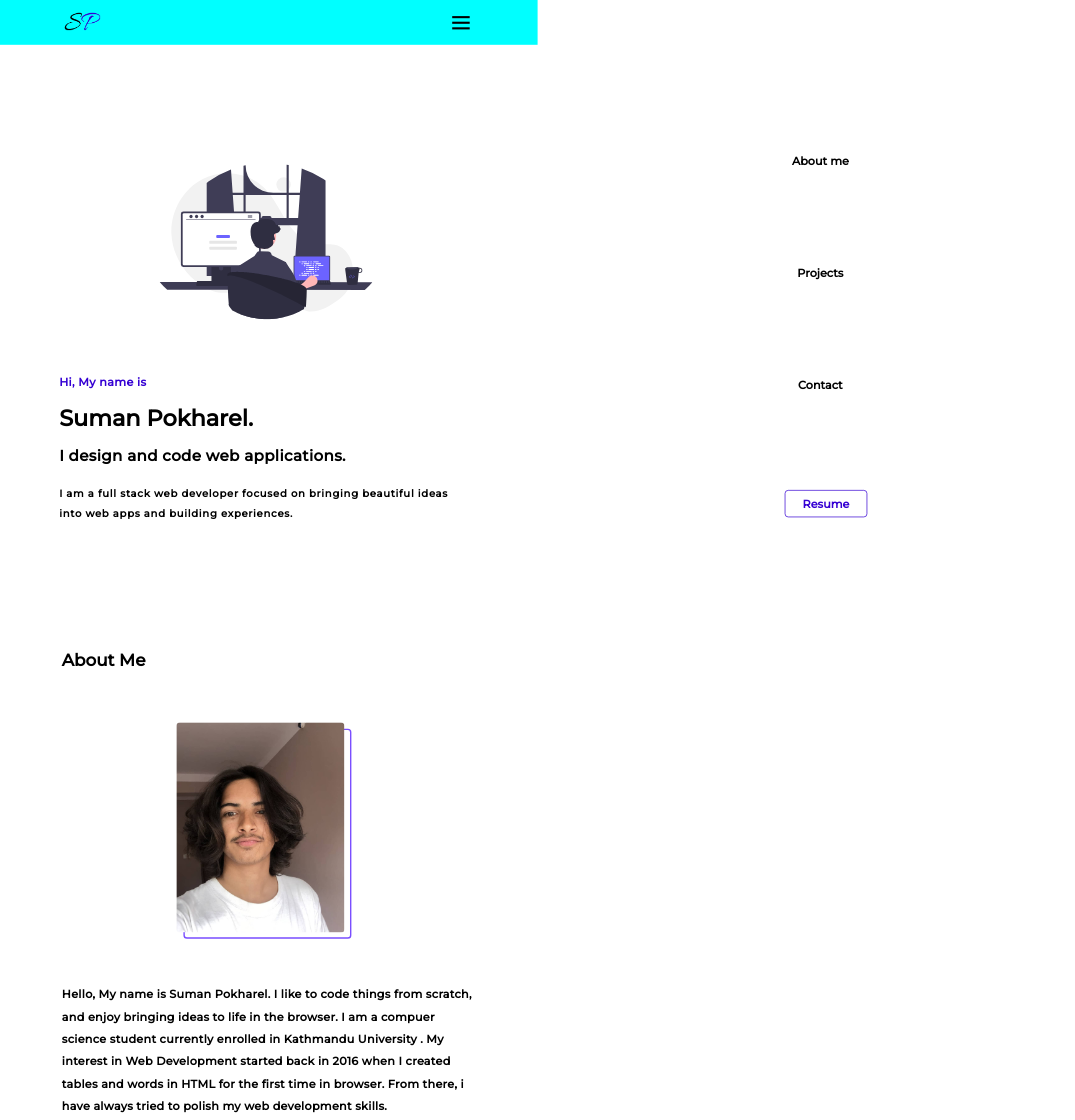
Repository: iamsumanp/portfolio
Page: /
These files come from the project's save history. The page is drawn as it stood at one moment and after the next save; the edit follows.
The browser window is 768 px wide. The page is 1536 px wide, so the pictures cover 1536 px, including what lies to the right of the window. The pictures show the part of the page from y = 0 to 1600 px (the page is 5937 px tall before and 5921 px after), at 70% of full size.
The project was rebuilt for these pictures with package versions that can differ from the ones it lists, and the page was loaded fresh each time.

Above is the page before, as saved 2022-07-11 16:00:59.

### public/index.html
<!DOCTYPE html>
<html lang="en">
  <head>
    <meta charset="utf-8" />
    <link rel="icon" href="%PUBLIC_URL%/favicon.ico" />
    <meta name="viewport" content="width=device-width, minimum-scale=1" />
    <meta name="theme-color" content="#000000" />
    <meta name="portfolio" content="mePortfolio" />
    <!-- <link rel="apple-touch-ion" href="%PUBLIC_URL%/logo192.png" /> -->

    <link rel="manifest" href="%PUBLIC_URL%/manifest.json" />
    <link rel="preconnect" href="https://fonts.googleapis.com" />
    <link rel="preconnect" href="https://fonts.gstatic.com" crossorigin />
    <link
      href="https://fonts.googleapis.com/css2?family=Montserrat:wght@500&display=swap"
      rel="stylesheet"
    />
    <title>Suman Pokharel</title>
  </head>
  <body>
    <div id="root"></div>
  </body>
</html>

### src/App.tsx
import "./App.css";
import { BrowserRouter as Router } from "react-router-dom";
import { NavBar } from "./Components/NavBar";
import "./styles/styles.css";
import { Hero } from "./Components/Hero";
import { AboutMe } from "./Components/AboutMe";
import { Projects } from "./Components/Projects";
import { Contact } from "./Components/Contact";
import { Footer } from "./Components/Footer";

function App() {
  return (
    <Router>
      <NavBar />
      <Hero />
      <AboutMe />
      <Projects />
      <Contact />
      <hr />
      <Footer />
    </Router>
  );
}

export default App;

### src/Components/NavBar.tsx
import { gsap } from "gsap";
import React, { useEffect, useRef, useState } from "react";
import { HashLink } from "react-router-hash-link";
const myLogo = require("../assets/logo.png");

export const NavBar = () => {
  const [active, setActive] = useState(false);

  const navRef = useRef<HTMLDivElement>(null);

  const q = gsap.utils.selector(navRef);

  const tl0: gsap.TimelineVars | undefined = useRef(null); // gsap.TimelineVars | undefined
  // const tl10: gsap.TimelineVars | undefined = useRef(null); // gsap.TimelineVars | undefined

  // const imgRef = useRef(null);

  const burgerClick = () => {
    setActive(!active);
  };

  useEffect(() => {
    // if (active === false) {
    //   tl10.current = gsap.timeline({ defaults: { duration: 1 } }).fromTo(
    //     q(".navUl"),
    //     {
    //       y: 5,
    //       opacity: 0,
    //     },
    //     {
    //       y: 0,
    //       opacity: 1,
    //       stagger: {
    //         each: 1,
    //       },
    //     }
    //   );
    // }

    tl0.current = gsap.timeline({ defaults: { duration: 1 } }).fromTo(
      q(".logoImg"),
      {
        opacity: 0,
      },
      {
        opacity: 1,
      }
    );
  });

  return (
    <nav className="navBar" ref={navRef}>
      <HashLink to="#heroSection" className="linkHash" smooth>
        <img
          src={myLogo}
          alt="SP"
          className="logoImg"
          onClick={active ? burgerClick : undefined}
          // ref={imgRef}
        />
      </HashLink>

      <ul className={active ? "navUl nav-active" : "navUl"}>
        <li className="navLinks" onClick={active ? burgerClick : undefined}>
          <HashLink to="#aboutMe" className="linkHash" smooth>
            About me
          </HashLink>
        </li>
        <li className="navLinks" onClick={active ? burgerClick : undefined}>
          <HashLink to="#projectSection" className="linkHash" smooth>
            Projects
          </HashLink>
        </li>
        <li className="navLinks" onClick={active ? burgerClick : undefined}>
          <HashLink to="#contact" className="linkHash" smooth>
            Contact
          </HashLink>
        </li>
        <li className="navLinks resume">Resume</li>
      </ul>
      <div className="burgerMenu" onClick={() => burgerClick()}>
        <div className={active ? "line1 toggle" : "line1"}></div>
        <div className={active ? "line2 toggle2" : "line2"}></div>
        <div className={active ? "line3 toggle3" : "line3"}></div>
      </div>
    </nav>
  );
};

### src/styles/styles.css
:root {
  --main-purple: #3500d3;
  --main-white: rgb(255, 255, 255);
  --main-black: #000000;
  --main-purple-secondary: #7a4eff;
}

* {
  box-sizing: border-box;
  font-family: "Montserrat", sans-serif;
}

body {
  margin: 0;
  padding: 0;
}
@media (max-width: 900px) {
  body {
    overflow-x: hidden;
  }
}

.navBar {
  display: flex;
  flex-direction: row;
  justify-content: space-between;
  align-items: center;
  min-height: 4rem;
  font-weight: bolder;
  padding: 0.2% 12.5%;
  background-color: aqua;
}
@media (max-width: 1100px) {
  .navBar {
    margin-bottom: 5rem;
    overflow-x: hidden;
    padding: 0.2% 12%;
  }
}
.navBar .logoImg {
  height: 25px;
}
.navBar .navUl {
  list-style: none;
  display: flex;
  flex-direction: row;
}
@media (max-width: 900px) {
  .navBar .navUl {
    position: absolute;
    right: 0;
    top: 8vh;
    height: 100vh;
    background-color: var(--main-white);
    flex-direction: column;
    width: 100%;
    z-index: 1;
    justify-content: space-evenly;
    transform: translateX(100%);
    transition: transform 0.4s ease-in;
  }
}
.navBar .nav-active {
  transform: translateX(0%);
}
.navBar .burgerMenu {
  display: none;
}
@media (max-width: 900px) {
  .navBar .burgerMenu {
    display: block;
    cursor: pointer;
  }
}
.navBar .burgerMenu .toggle {
  transform: rotate(-45deg) translate(-5px, 6px);
}
.navBar .burgerMenu .toggle2 {
  opacity: 0;
}
.navBar .burgerMenu .toggle3 {
  transform: rotate(45deg) translate(-5px, -6px);
}
.navBar .burgerMenu div {
  width: 25px;
  height: 3px;
  background-color: var(--main-black);
  transition: transform 0.4s ease;
  margin: 5px;
}
.navBar .navLinks {
  padding: 0 30px;
  cursor: pointer;
  align-self: center;
  text-decoration: none;
}
.navBar .navLinks.resume {
  border: solid 1px var(--main-purple);
  color: var(--main-purple);
  padding: 9px 25px;
  border-radius: 5px;
  margin-left: 1rem;
}
.navBar .navLinks .linkHash {
  text-decoration: none;
  color: black;
}

.heroSection,
.aboutMeSection,
.projectsSection,
.ContactSection {
  width: 80%;
  margin: auto;
}

.heroSection {
  overflow-x: hidden;
  height: 90vh;
  display: flex;
  flex-direction: row;
  align-items: center;
  padding: 0 2% 0 5%;
}
@media (max-width: 1100px) {
  .heroSection {
    flex-direction: column-reverse;
    justify-content: center;
    align-items: center;
    padding: 0 2% 0 1%;
  }
}
.heroSection .content {
  display: flex;
  flex-direction: column;
}
@media (max-width: 1100px) {
  .heroSection .content {
    margin-top: 5rem;
  }
}
.heroSection .content .h4text {
  color: var(--main-purple);
}
.heroSection .content .h1text {
  margin-top: 0;
  font-size: 2.5rem;
}
@media (max-width: 800px) {
  .heroSection .content .h1text {
    font-size: 2rem;
  }
}
.heroSection .content .h4text,
.heroSection .content .h2text {
  letter-spacing: 0.5px;
  margin-top: 0;
}
.heroSection .content .h2text {
  font-size: 1.8rem;
}
@media (max-width: 800px) {
  .heroSection .content .h2text {
    font-size: 1.35rem;
  }
}
.heroSection .content .h5text {
  width: 55%;
  line-height: 2;
  letter-spacing: 1px;
  margin-top: 10px;
  font-size: 0.9rem;
}
@media (max-width: 800px) {
  .heroSection .content .h5text {
    width: 100%;
  }
}
.heroSection .svgImgg {
  margin-left: auto;
  width: 22rem;
}
@media (max-width: 1100px) {
  .heroSection .svgImgg {
    margin-left: 0;
  }
}
@media (max-width: 800px) {
  .heroSection .svgImgg {
    width: 19rem;
  }
}

.aboutMeSection {
  display: flex;
  flex-direction: column;
  justify-content: center;
  padding: 7% 2% 10% 5%;
}
@media (max-width: 1100px) {
  .aboutMeSection {
    padding: 7rem 2% 10% 1.5%;
  }
}
.aboutMeSection .contentAndImage {
  display: flex;
  flex-direction: row;
}
@media (max-width: 1100px) {
  .aboutMeSection .contentAndImage {
    flex-direction: column-reverse;
    margin-top: 2rem;
  }
}
.aboutMeSection .h2textabout {
  margin-top: -3rem;
}
.aboutMeSection .aboutMeContent {
  display: flex;
  flex-direction: column;
  width: 60%;
}
@media (max-width: 1100px) {
  .aboutMeSection .aboutMeContent {
    width: 100%;
  }
}
.aboutMeSection .imgContainer {
  margin-left: auto;
  margin-top: 2rem;
  position: relative;
  height: 350px;
  width: 280px;
  border: solid 2px var(--main-purple-secondary);
  border-radius: 5px;
}
@media (max-width: 1100px) {
  .aboutMeSection .imgContainer {
    margin-left: 0;
    align-self: center;
    margin-bottom: 2rem;
  }
}
@media (max-width: 800px) {
  .aboutMeSection .imgContainer {
    height: 300px;
    width: 240px;
  }
}
.aboutMeSection .imgContainer .imgProfile {
  height: 350px;
  position: absolute;
  right: 8px;
  top: -11px;
  border-radius: 5px;
}
@media (max-width: 800px) {
  .aboutMeSection .imgContainer .imgProfile {
    height: 300px;
  }
}
.aboutMeSection .spanText {
  font-weight: bold;
  margin-top: 2rem;
  line-height: 2;
  letter-spacing: 0.4px;
}
.aboutMeSection .spanText.tech {
  margin-top: 5rem;
}
.aboutMeSection .backEndFrontEndContainer {
  display: flex;
  flex-direction: row;
  margin-top: 4rem;
  justify-content: space-between;
}
@media (max-width: 1100px) {
  .aboutMeSection .backEndFrontEndContainer {
    flex-direction: column;
  }
}
.aboutMeSection .backEndFrontEndContainer .frontEndBox {
  box-shadow: 0 4px 8px 0 rgba(0, 0, 0, 0.2), 0 6px 20px 0 rgba(0, 0, 0, 0.19);
  padding: 2rem 2.5rem;
  display: flex;
  flex-direction: column;
  border-radius: 5px;
}
@media (max-width: 1100px) {
  .aboutMeSection .backEndFrontEndContainer .frontEndBox {
    padding: 1rem;
    margin-bottom: 3rem;
  }
}
.aboutMeSection .backEndFrontEndContainer .frontEndBox .spanTitle {
  align-self: center;
  text-transform: uppercase;
  font-weight: bold;
}

.frontEndTools,
.backEndBox {
  display: flex;
  flex-direction: row;
  margin-top: 1rem;
}
.frontEndTools .fnTools2,
.backEndBox .fnTools2 {
  margin-left: 3rem;
}
@media (max-width: 900px) {
  .frontEndTools .fnTools2,
.backEndBox .fnTools2 {
    margin-left: 0.1rem;
  }
}
.frontEndTools .fnTool,
.backEndBox .fnTool {
  display: flex;
  align-items: center;
  margin: 1.5rem 0.5rem;
}
.frontEndTools .fnTool .triangleRight,
.backEndBox .fnTool .triangleRight {
  color: var(--main-purple);
}

.techName {
  margin-left: 0.8rem;
  text-transform: uppercase;
  font-size: 15px;
}
@media (max-width: 900px) {
  .techName {
    font-size: 11px;
    margin-left: 0.2rem;
  }
}

.projectsSection {
  padding: 5% 2% 0 5%;
  display: flex;
  flex-direction: column;
}
@media (max-width: 1100px) {
  .projectsSection {
    padding: 7rem 2% 10% 1.5%;
  }
}
.projectsSection .Project1Container,
.projectsSection .Project3Container {
  display: flex;
  flex-direction: column;
}
.projectsSection .nameLabelLine {
  margin: 2rem 0;
  display: flex;
  flex-direction: row;
  align-items: center;
}
.projectsSection .nameLabelLine .vl {
  border-bottom: 1px solid gray;
  margin-top: 5px;
  height: inherit;
  width: 35%;
}
@media (max-width: 1100px) {
  .projectsSection .nameLabelLine .vl {
    width: 50%;
  }
}
.projectsSection .h2textabout {
  margin-top: -3rem;
}
.projectsSection .projectContentAndImage {
  display: flex;
  flex-direction: row;
  justify-content: space-between;
}
@media (max-width: 1100px) {
  .projectsSection .projectContentAndImage {
    flex-direction: column-reverse;
  }
}
.projectsSection .projectContentAndImage .hirestationImg {
  height: 15rem;
  border-radius: 5px;
  margin-left: auto;
}
@media (max-width: 1100px) {
  .projectsSection .projectContentAndImage .hirestationImg {
    margin-left: 0;
    align-self: center;
    margin: 2rem 0 4rem 0;
  }
}
@media (max-width: 800px) {
  .projectsSection .projectContentAndImage .hirestationImg {
    height: 10rem;
  }
}
.projectsSection .linksContainer {
  display: flex;
  align-items: center;
  margin: 2rem 0;
}

.projContent {
  width: 50%;
  line-height: 1.5;
  letter-spacing: 0.5px;
}
@media (max-width: 1100px) {
  .projContent {
    width: 100%;
  }
}

.projectLabel {
  font-weight: bold;
  margin-right: 1rem;
}

.Project2Container {
  display: flex;
  flex-direction: column;
  margin-top: 5rem;
  margin-bottom: 7.5rem;
}
.Project2Container .nameLabelLine2 {
  margin: 2rem 0;
  display: flex;
  flex-direction: row;
  justify-content: end;
}
.Project2Container .nameLabelLine2 .vl {
  border-bottom: 1px solid gray;
  margin-bottom: 5px;
  width: 35%;
  margin-right: 1rem;
}
@media (max-width: 1100px) {
  .Project2Container .nameLabelLine2 .vl {
    width: 50%;
  }
}
@media (max-width: 800px) {
  .Project2Container .nameLabelLine2 .vl {
    width: 40%;
  }
}

.projectContentAndImage1 {
  display: flex;
  flex-direction: row;
  justify-content: space-between;
}
@media (max-width: 1100px) {
  .projectContentAndImage1 {
    flex-direction: column;
  }
}
.projectContentAndImage1 .baathcheethImg {
  height: 15rem;
  border-radius: 5px;
  margin-right: auto;
  padding-right: 2rem;
}
@media (max-width: 1100px) {
  .projectContentAndImage1 .baathcheethImg {
    margin-right: 0;
    align-self: center;
    margin: 2rem 0 4rem 0;
  }
}
@media (max-width: 800px) {
  .projectContentAndImage1 .baathcheethImg {
    height: 10rem;
  }
}

.ContactSection {
  padding: 5% 2% 10% 5%;
  display: flex;
  flex-direction: column;
}
@media (max-width: 1100px) {
  .ContactSection {
    padding: 5rem 2% 10% 1.5%;
  }
}
.ContactSection .formContainer {
  margin-top: 2rem;
}
.ContactSection .nameAndEmailSection {
  display: flex;
  flex-direction: row;
  justify-content: space-between;
}
@media (max-width: 900px) {
  .ContactSection .nameAndEmailSection {
    flex-direction: column;
    width: 100%;
  }
}
.ContactSection .nameAndEmailSection .nameContainer {
  display: flex;
  flex-direction: column;
  width: 90%;
}
@media (max-width: 900px) {
  .ContactSection .nameAndEmailSection .nameContainer {
    width: 100%;
  }
}
.ContactSection .nameAndEmailSection .emailContainer {
  display: flex;
  flex-direction: column;
  width: 90%;
  margin-left: 5rem;
}
@media (max-width: 900px) {
  .ContactSection .nameAndEmailSection .emailContainer {
    margin-left: 0;
    margin-top: 3rem;
    width: 100%;
  }
}
.ContactSection .nameAndEmailSection .inputForm {
  box-shadow: 0 4px 8px 0 rgba(0, 0, 0, 0.2), 0 6px 20px 0 rgba(0, 0, 0, 0.19);
  padding: 0.6rem 0.4rem;
  width: 100%;
  border-width: 1px;
  outline: none;
}
.ContactSection .label {
  margin-bottom: 2rem;
  font-weight: bold;
}
.ContactSection .MessageContainer {
  display: flex;
  flex-direction: column;
  margin-top: 4rem;
}
.ContactSection .MessageContainer #messageArea {
  width: 46.5%;
  box-shadow: 0 4px 8px 0 rgba(0, 0, 0, 0.2), 0 6px 20px 0 rgba(0, 0, 0, 0.19);
  height: 7rem;
  resize: none;
  outline: none;
  padding: 0.5rem 0.4rem;
}
@media (max-width: 900px) {
  .ContactSection .MessageContainer #messageArea {
    width: 100%;
  }
}
.ContactSection .submitBtn {
  background-color: var(--main-purple-secondary);
  border: none;
  color: var(--main-white);
  padding: 0.8rem;
  margin-top: 4rem;
  width: 10rem;
  border-radius: 3px;
  cursor: pointer;
}
@media (max-width: 900px) {
  .ContactSection .submitBtn {
    width: 100%;
  }
}

.footerSection {
  width: 80%;
  margin: auto;
  padding: 3% 2% 4% 1.5%;
}
.footerSection .footerContainer {
  display: flex;
  flex-direction: column;
}
@media (max-width: 900px) {
  .footerSection .footerContainer {
    align-items: center;
  }
}
.footerSection .socialMediaAndQuote {
  display: flex;
  justify-content: space-between;
  align-items: center;
  margin-bottom: 1rem;
}
@media (max-width: 900px) {
  .footerSection .socialMediaAndQuote {
    flex-direction: column;
  }
}
.footerSection .socialMediaAndQuote .icons {
  margin-left: 1rem;
}
@media (max-width: 900px) {
  .footerSection .socialMediaAndQuote .socialMedia {
    margin: 2rem 0;
  }
}

@media (max-width: 800px) {
  .spSpan {
    text-align: center;
  }
}/*# sourceMappingURL=styles_20220711160059.css.map */

### src/Components/Hero.tsx
import gsap from "gsap";
import { useEffect, useRef } from "react";
import SvgImg from "./IconComponent/SvgImg";

export const Hero = () => {
  const heroRef = useRef<HTMLDivElement>(null);
  const tl1: gsap.TimelineVars | undefined = useRef();
  const q = gsap.utils.selector(heroRef);
  useEffect(() => {
    tl1.current = gsap
      .timeline({
        defaults: {
          duration: 1,
        },
      })
      .fromTo(
        q(".content"),
        {
          y: 20,
          opacity: 0,
          // stagger: 0.4,
        },
        {
          y: 0,
          opacity: 1,
        }
      )
      .fromTo(
        q(".svgImgg"),
        { x: 20, opacity: 0 },
        { x: 0, opacity: 1 },
        "-=1"
      );
  });
  return (
    <div className="heroSection" id="heroSection" ref={heroRef}>
      <div className="content">
        <h4 className="h4text">Hi, My name is</h4>
        <h1 className="h1text">Suman Pokharel.</h1>
        <h2 className="h2text">I design and code web applications.</h2>
        <h5 className="h5text">
          I am a full stack web developer focused on bringing beautiful ideas
          into web apps and building experiences.
        </h5>
      </div>
      {/* <div className="svgImgg"> */}
      <SvgImg height={221} className="svgImgg" />
      {/* </div> */}
    </div>
  );
};

### src/Components/Contact.tsx
import gsap from "gsap";
import { ScrollTrigger } from "gsap/ScrollTrigger";
import { useEffect, useRef, useState } from "react";
gsap.registerPlugin(ScrollTrigger);

export const Contact = () => {
  const contactRef = useRef<HTMLDivElement>(null);
  const tline: gsap.TimelineVars | undefined = useRef();

  const q = gsap.utils.selector(contactRef);
  const [name, setName] = useState("");
  const [email, setEmail] = useState("");
  const [message, setMessage] = useState("");

  const submitHandler: React.FormEventHandler<HTMLFormElement> = (
    e: React.FormEvent<HTMLFormElement>
  ) => {
    e.preventDefault();

    setName("");
    setEmail("");
    setMessage("");
  };

  useEffect(() => {
    tline.current = gsap
      .timeline({
        defaults: { duration: 1 },
        scrollTrigger: {
          trigger: ".ContactSection",
          start: "-40 center",
          // toggleActions: "play none none reverse",
        },
      })
      .fromTo(
        q(".h2textabout"),
        { y: 10, opacity: 0 },
        {
          y: 0,
          opacity: 1,
          // duration: 2,
        }
      )
      .fromTo(
        q(".formContainer"),
        { y: 20, opacity: 0 },
        {
          y: 0,
          opacity: 1,
          // duration: 2,
        },
        "-=1"
      );
  });
  return (
    <div className="ContactSection" id="contact" ref={contactRef}>
      <h2 className="h2textabout">Interested In working together?</h2>
      <form className="formContainer" onSubmit={submitHandler}>
        <div className="nameAndEmailSection">
          <div className="nameContainer">
            <label htmlFor="Name" className="label">
              Name :
            </label>
            <input
              type="text"
              value={name}
              className="inputForm"
              onChange={(e) => setName(e.target.value)}
            />
          </div>
          <div className="emailContainer">
            <label htmlFor="Email" className="label">
              Email :
            </label>
            <input
              type="email"
              value={email}
              className="inputForm"
              onChange={(e) => setEmail(e.target.value)}
            />
          </div>
        </div>
        <div className="MessageContainer">
          <label htmlFor="Message" className="label">
            Message(optional) :
          </label>
          <textarea
            name="message"
            id="messageArea"
            // cols=30
            // rows=10
            value={message}
            onChange={(e) => setMessage(e.target.value)}
          ></textarea>
        </div>
        <button className="submitBtn" type="submit">
          SUBMIT
        </button>
      </form>
    </div>
  );
};

### src/Components/Footer.tsx
import React from "react";
import { AiFillGithub, AiFillTwitterCircle } from "react-icons/ai";
import { BsLinkedin, BsFacebook } from "react-icons/bs";

export const Footer = () => {
  return (
    <div className="footerSection">
      <div className="footerContainer">
        <div className="socialMediaAndQuote">
          <span>Designed And Built By Suman Pokhrel</span>
          <div className="socialMedia">
            <a
              href="https://www.linkedin.com/in/suman-pokharel-2a4b61206/"
              target="_blank"
              rel="noreferrer"
            >
              <BsLinkedin size={30} className="icons" fill="#2867B2" />
            </a>

            <a
              href="https://www.facebook.com/summan.pokharel/"
              target="_blank"
              rel="noreferrer"
            >
              <BsFacebook size={30} className="icons" fill="	#4267B2" />
            </a>
            <a
              href="https://github.com/iamsumanp"
              target="_blank"
              rel="noreferrer"
              style={{ color: "black" }}
            >
              <AiFillGithub size={34} className="icons" />
            </a>
            <a
              href="https://twitter.com/Itsmesuman2"
              target="_blank"
              rel="noreferrer"
            >
              <AiFillTwitterCircle size={35} className="icons" fill="#00acee" />
            </a>
          </div>
        </div>
        <span className="spSpan">&copy; 2022 - Suman</span>
      </div>
    </div>
  );
};

Loaded but not shown: src/index.tsx (common file); src/Components/IconComponent/SvgImg.tsx (791 lines, source omitted); src/Components/Projects.tsx (280 lines, source omitted); src/Components/AboutMe.tsx (185 lines, source omitted); src/App.css (no stored copy; drawn as an empty file)

After the next save:
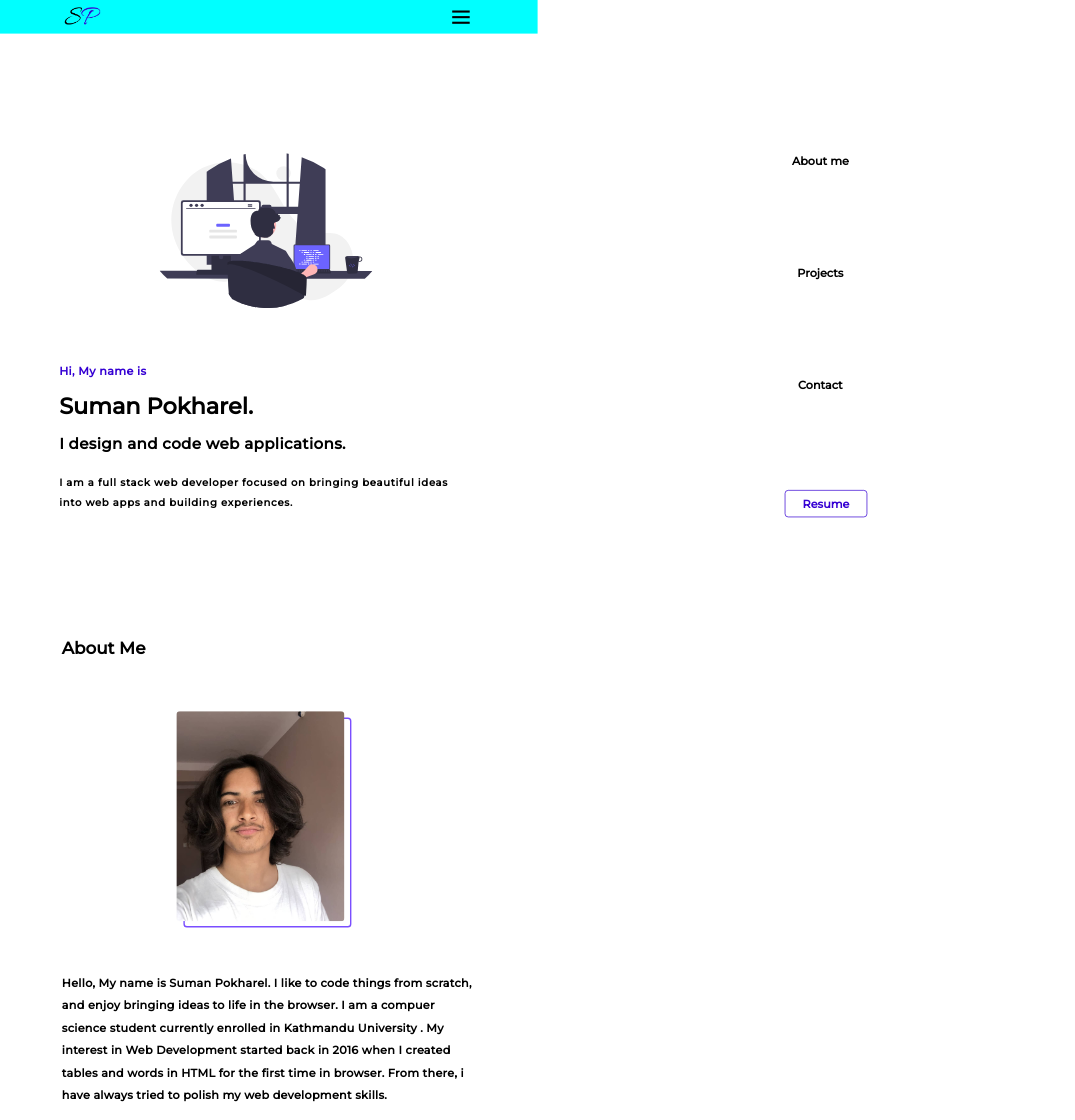
Saved 5 s later.
--- a/src/styles/styles.css
+++ b/src/styles/styles.css
@@ -25,7 +25,7 @@ body {
   flex-direction: row;
   justify-content: space-between;
   align-items: center;
-  min-height: 4rem;
+  min-height: 3rem;
   font-weight: bolder;
   padding: 0.2% 12.5%;
   background-color: aqua;
@@ -609,4 +609,4 @@ body {
   .spSpan {
     text-align: center;
   }
-}/*# sourceMappingURL=styles_20220711160059.css.map */
+}/*# sourceMappingURL=styles_20220711160104.css.map */
